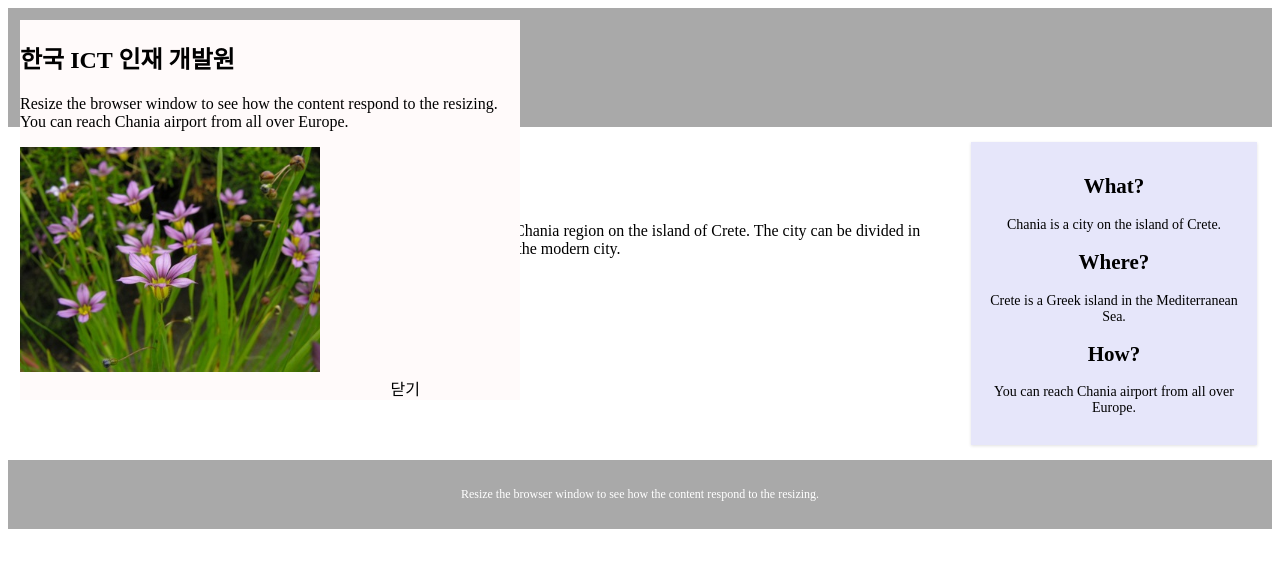
Repository: wjsjsn/23_webstudy
Page: 03_javascript/src/main/webapp/day02/Ex19_event.html
The author's editor kept a copy of each file at every save. The page is drawn from the files as they stood at one save, then again after the next save.
The browser window is 1280 px wide. The pictures show the whole page.

Above is the page before, as saved 2023-06-28 08:11:57.

After the next save:
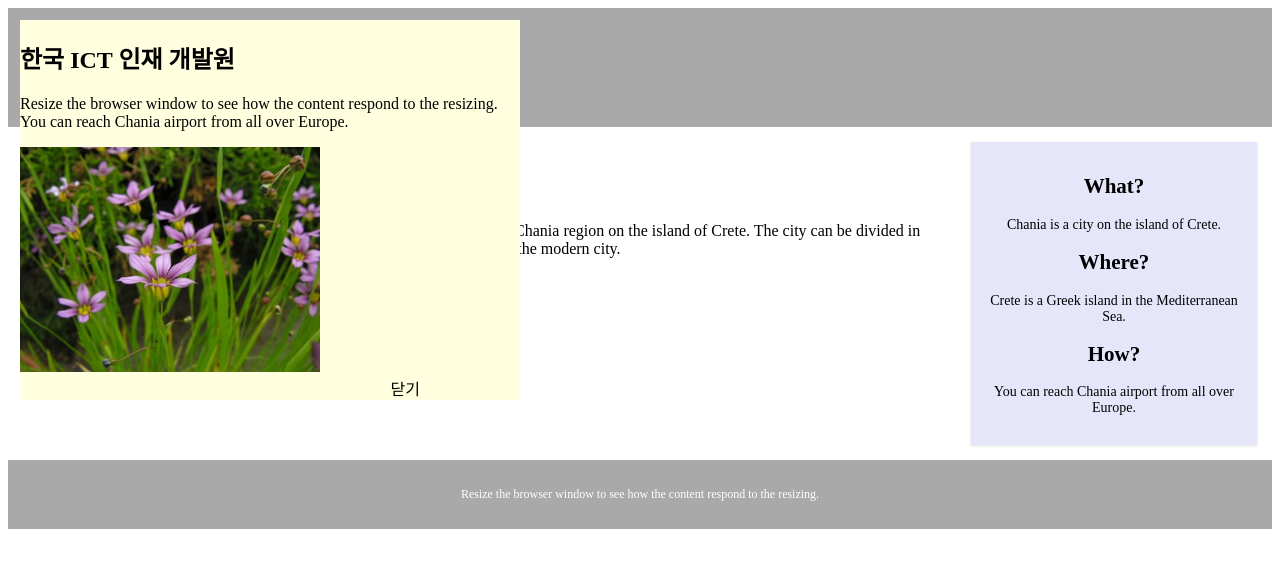
Saved 12 s later.
--- a/03_javascript/src/main/webapp/day02/Ex19_event.html
+++ b/03_javascript/src/main/webapp/day02/Ex19_event.html
@@ -90,7 +90,7 @@ div#popup {
 	top: 20px;
 	left: 20px;
 	overflow: hidden;
-	background-color: snow;
+	background-color: lightyellow;
 	}
 </style>
 <script type="text/javascript">
